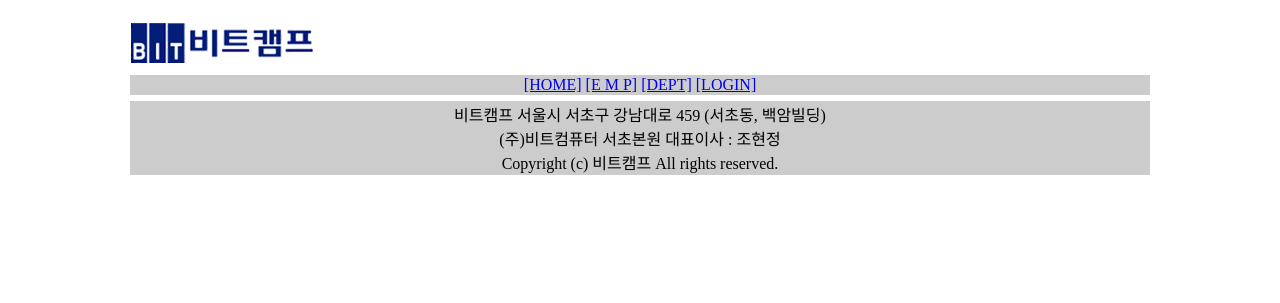
Repository: Lee-seongBeom/bitclass
Page: http://localhost/web08/login/form.jsp
These files come from the project's save history. The page is drawn as it stood at one moment and after the next save; the edit follows.
The browser window is 1280 px wide. The pictures show the whole page.
The page is served by Tomcat 9. Other server files are loaded and not shown.

Above is the page before, as saved 2020-07-07 08:06:58.

### web/web08/WebContent/login/form.jsp
<%@ page language="java" contentType="text/html; charset=EUC-KR"
    pageEncoding="EUC-KR"%>
<!DOCTYPE html PUBLIC "-//W3C//DTD HTML 4.01 Transitional//EN" "http://www.w3.org/TR/html4/loose.dtd">
<html>
<head>
<meta http-equiv="Content-Type" content="text/html; charset=EUC-KR">
<title>Insert title here</title>
</head>
<body>
	<%
		String path="../";
	%>
	<%@ include file="../template/header.jspf" %>
	<%@ include file="../template/menu.jspf" %>
	<%@ include file="../template/footer.jspf" %>

</body>
</html>

### web/web08/WebContent/template/header.jspf
<%@ page language="java" contentType="text/html; charset=EUC-KR"
    pageEncoding="EUC-KR"%>
<table width="1024" align="center">
      <tr>
         <td>
            <img alt="" src="<%=path %>img/logo.png">
         </td>
      </tr>

### web/web08/WebContent/template/menu.jspf
<%@ page language="java" contentType="text/html; charset=EUC-KR"
    pageEncoding="EUC-KR"%>
 <tr>
         <td align="center" bgcolor="#cccccc">
            <a href="<%=path %>index.jsp">[HOME]</a>
            <a href="<%=path %>emp/list.jsp">[E M P]</a>
            <a href="<%=path %>dept/list.jsp">[DEPT]</a>
            <a href="<%=path %>login/form.jsp">[LOGIN]</a>
         </td>
      </tr>
      <tr>
         <td>
            <!-- content start -->

### web/web08/WebContent/template/footer.jspf
<%@ page language="java" contentType="text/html; charset=EUC-KR"
    pageEncoding="EUC-KR"%>
   <!-- content end -->
         </td>
      </tr>
      <tr>
         <td align="center" bgcolor="#cccccc">
            비트캠프 서울시 서초구 강남대로 459 (서초동, 백암빌딩)<br>
            (주)비트컴퓨터 서초본원 대표이사 : 조현정<br>
            Copyright (c) 비트캠프 All rights reserved.<br>
         </td>
      </tr>
   </table>

After the next save:
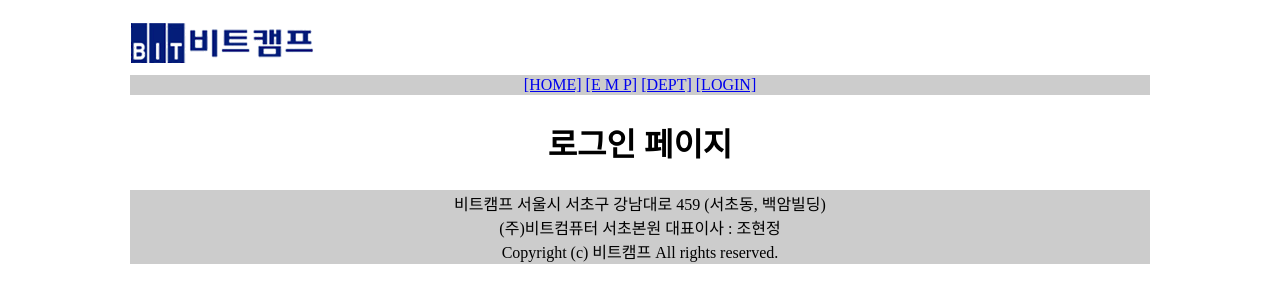
Saved 29 s later.
--- a/web/web08/WebContent/login/form.jsp
+++ b/web/web08/WebContent/login/form.jsp
@@ -12,6 +12,9 @@
 	%>
 	<%@ include file="../template/header.jspf" %>
 	<%@ include file="../template/menu.jspf" %>
+	<center>
+		<h1>로그인 페이지</h1>
+	</center>
 	<%@ include file="../template/footer.jspf" %>
 
 </body>
